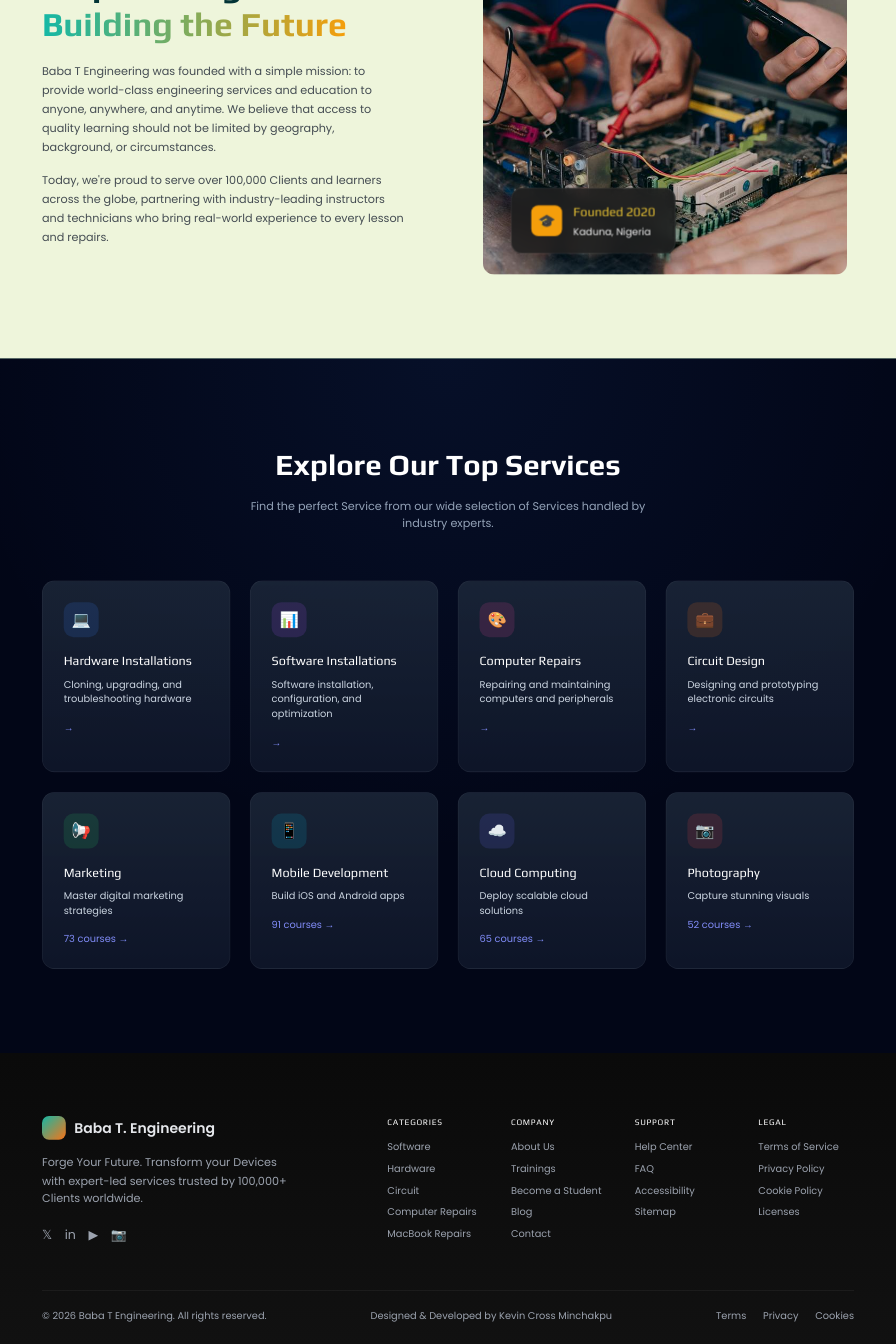
Repository: KC-Minchakpu/babatunde
Page: /
An editor plug-in stored every save of this project. The page is shown before and after the next save, followed by the edit.
The browser window is 1280 px wide. The pictures show the part of the page from y = 1816 to 3736 px (the page is 3736 px tall), at 70% of full size.
The project was rebuilt for these pictures with package versions that can differ from the ones it lists, and the page was loaded fresh each time. The framework's server and built-in components were replaced by stand-ins that run in the browser. Also part of the build but not shown: next.config.ts.

Above is the page before, as saved 2026-02-16 13:03:43.

### src/app/layout.tsx
import type { Metadata } from "next";
import { Play, Poppins } from "next/font/google";
import "./globals.css";
import Header from "@/components/Header/Header";
import Footer from "@/components/Footer/Footer";

const play = Play({
  variable: "--font-play",
  subsets: ["latin"],
  weight: ["400", "700"],
});

const poppins = Poppins({
  variable: "--font-poppins",
  subsets: ["latin"],
  weight: ["400", "500", "600", "700"],
});

export const metadata: Metadata = {
  title: "Baba T Engineering",
  description: "Official web app of Baba T Engineering, a leading engineering company specializing in innovative solutions and cutting-edge technology.",
};

export default function RootLayout({
  children,
}: Readonly<{
  children: React.ReactNode;
}>) {
  return (
    <html lang="en">
      <body
        className={`${play.variable} ${poppins.variable} antialiased`}
      >
        <Header />
        {children}
        <Footer />
      </body>
    </html>
  );
}

### src/app/page.tsx
import Hero from "@/components/Hero/Hero";
import Values from "@/components/Values/Values";
import Story from "@/components/Story/Story";
import Categories from "@/components/Categories/Categories";


export default function Home() {
  return (
    <>
     <main>
      <Hero />
      <Values />
      <Story />
      <Categories />
     </main>
    </>
  );
}

### src/app/globals.css
@import "tailwindcss";

:root {
  --background: #023436;
  --foreground: #f0f0f0;
}

body {
  background: var(--background);
  color: var(--foreground);
  font-family: var(--font-poppins);
}

h1, h2, h3, h4, h5, h6 {
  font-family: var(--font-play);
}

h1 {
  color: red;
  font-size: 35px;
}

### src/components/Header/Header.tsx
"use client";

import Link from "next/link";
import styles from "./Header.module.css";
import { useState } from "react";

const Header = () => {
  const [isOpen, setIsOpen] = useState(false);

  return (
    <header className={styles.header}>
      <div className={styles.container}>
        {/* Logo */}
        <div className={styles.logo}>
          <span className={styles.logoCircle}>Ed</span>
          <span className={styles.logoText}>Baba T </span>
        </div>

        {/* Navigation */}
        <nav className={styles.nav}>
          <Link href="/">Home</Link>

          <div
            className={styles.dropdown}
            onMouseEnter={() => setIsOpen(true)}
            onMouseLeave={() => setIsOpen(false)}
          >
            <span className={styles.dropdownToggle}>About</span>

            {isOpen && (
              <div className={styles.dropdownMenu}>
                <Link href="/about/history">Our History</Link>
                <Link href="/about/team">Our Team</Link>
                <Link href="/about/mission">Mission & Vision</Link>
                <Link href="/about/values">Core Values</Link>
                <Link href="/about/careers">Careers</Link>
              </div>
            )}
          </div>

          <Link href="/students-life">Students Life</Link>
          <Link href="/services">Services</Link>
          <Link href="/training-programs">Training Programs</Link>
          <Link href="/blog">Blog</Link>
          <Link href="/contact">Contact Us</Link>
        </nav>

        {/* Auth Buttons */}
        <div className={styles.actions}>
          <button className={styles.signIn}>Sign In</button>
          <button className={styles.signUp}>Sign Up</button>
        </div>
      </div>
    </header>
  );
};

export default Header;

### src/components/Hero/Hero.tsx
import Image from "next/image";
import styles from "./Hero.module.css";

export default function Hero() {
  return (
    <section className={styles.hero}>
      <div className={styles.container}>
        {/* LEFT CONTENT */}
        <div className={styles.left}>
          <span className={styles.badge}>
            — EXCELLENCE IN CIRCUIT REPAIR AND MAINTENANCE
          </span>

          <h1 className={styles.title}>
            Restoring Power, <br /> Precision, and Performance
          </h1>

          <p className={styles.description}>
            At Baba T Engineering, we specialize in professional electronic hardware
            repairs, with a focus on computer motherboards, laptops, and other
            critical devices. We combine expert craftsmanship with cutting-edge
            diagnostic tools to bring your electronics back to life — fast,
            affordable, and reliable.
          </p>

          <div className={styles.buttonGroup}>
            <button className={styles.primaryBtn}>Book a Repair</button>
            <button className={styles.secondaryBtn}>Apply Today!</button>
          </div>

          {/* STATS */}
          <div className={styles.stats}>
            <div className={styles.stat}>
              <h3>25+</h3>
              <p>Years Experience</p>
            </div>

            <div className={styles.stat}>
              <h3>5000+</h3>
              <p>Devices Repaired</p>
            </div>

            <div className={styles.stat}>
              <h3>3000+</h3>
              <p>Satisfied Clients</p>
            </div>
          </div>
        </div>

        {/* RIGHT IMAGE */}
        <div className={styles.right}>
          <div className={styles.imageWrapper}>
            <Image
              src="/images/misc-16.jpeg"
              alt="Construction worker"
              fill
              className={styles.image}
              priority
            />

            <div className={styles.overlayCard}>
              <h4>ISO 9001:2015</h4>
              <p>Certified Construction</p>
            </div>
          </div>
        </div>
      </div>
    </section>
  );
}

### src/components/Values/Values.tsx
import styles from "./Values.module.css";

export default function Values() {
  return (
    <section className={styles.values}>
      <div className={styles.container}>
        {/* Header */}
        <div className={styles.header}>
          <h2>Our Values</h2>
          <p>These core principles guide everything we do at Baba T Engineering.</p>
        </div>

        {/* Cards */}
        <div className={styles.grid}>
          <div className={styles.card}>
            <div className={`${styles.icon} ${styles.iconGreen}`}>
              👤
            </div>
            <h3>Learner First</h3>
            <p>
              Every decision we make starts with a simple question: “How does
              this benefit our Clients?” We’re obsessed with client success.
            </p>
          </div>

          <div className={styles.card}>
            <div className={`${styles.icon} ${styles.iconOrange}`}>
              ✨
            </div>
            <h3>Excellence Always</h3>
            <p>
              We maintain the highest standards for our services, instructors,
              and platform. Good enough is never good enough for us.
            </p>
          </div>

          <div className={styles.card}>
            <div className={`${styles.icon} ${styles.iconTeal}`}>
              🌍
            </div>
            <h3>Accessible to All</h3>
            <p>
              We believe quality services should be available to everyone. We
              work hard to keep services affordable and accessible globally.
            </p>
          </div>
        </div>
      </div>
    </section>
  );
}

### src/components/Story/Story.tsx
import Image from "next/image";
import styles from "./Story.module.css";

export default function Story() {
  return (
    <section className={styles.story}>
      <div className={styles.container}>
        {/* LEFT CONTENT */}
        <div className={styles.left}>
          <span className={styles.badge}>Our Story</span>

          <h2 className={styles.title}>
            Empowering Learners<br />
            <span>Building the Future</span>
          </h2>

          <p className={styles.description}>
            Baba T Engineering was founded with a simple mission: to provide world-class
            engineering services and education to anyone, anywhere, and anytime. We believe that access to quality
            learning should not be limited by geography, background, or
            circumstances.
          </p>

          <p className={styles.description}>
            Today, we&apos;re proud to serve over 100,000 Clients and learners across the globe,
            partnering with industry-leading instructors and technicians who bring real-world
            experience to every lesson and repairs.
          </p>
        </div>

        {/* RIGHT IMAGE */}
        <div className={styles.right}>
          <div className={styles.imageWrapper}>
            <Image
              src="/images/power-systems.jpg"
              alt="Technician working on power systems"
              fill
              className={styles.image}
              priority
            />

            <div className={styles.floatingCard}>
              <div className={styles.icon}>🎓</div>
              <div>
                <h4>Founded 2020</h4>
                <p>Kaduna, Nigeria</p>
              </div>
            </div>
          </div>
        </div>
      </div>
    </section>
  );
}

### src/components/Categories/Categories.tsx
import styles from "./Categories.module.css";

const categories = [
  {
    title: "Hardware Installations",
    description: "Cloning, upgrading, and troubleshooting hardware",
    icon: "💻",
    color: "blue",
  },
  {
    title: "Software Installations",
    description: "Software installation, configuration, and optimization",
   icon: "📊",
    color: "purple",
  },
  {
    title: "Computer Repairs",
    description: "Repairing and maintaining computers and peripherals",
    icon: "🎨",
    color: "pink",
  },
  {
    title: "Circuit Design",
    description: "Designing and prototyping electronic circuits",
    icon: "💼",
    color: "orange",
  },
  {
    title: "Marketing",
    description: "Master digital marketing strategies",
    courses: "73 courses",
    icon: "📢",
    color: "green",
  },
  {
    title: "Mobile Development",
    description: "Build iOS and Android apps",
    courses: "91 courses",
    icon: "📱",
    color: "cyan",
  },
  {
    title: "Cloud Computing",
    description: "Deploy scalable cloud solutions",
    courses: "65 courses",
    icon: "☁️",
    color: "indigo",
  },
  {
    title: "Photography",
    description: "Capture stunning visuals",
    courses: "52 courses",
    icon: "📷",
    color: "red",
  },
];

export default function Categories() {
  return (
    <section className={styles.categories}>
      <div className={styles.container}>
        <div className={styles.header}>
          <h2>Explore Our Top Services</h2>
          <p>
            Find the perfect Service from our wide selection of Services
            handled by industry experts.
          </p>
        </div>

        <div className={styles.grid}>
          {categories.map((cat, index) => (
            <div key={index} className={styles.card}>
              <div className={`${styles.icon} ${styles[cat.color]}`}>
                {cat.icon}
              </div>

              <h3>{cat.title}</h3>
              <p>{cat.description}</p>

              <span className={styles.courses}>
                {cat.courses} →
              </span>
            </div>
          ))}
        </div>
      </div>
    </section>
  );
}

### src/components/Header/Header.module.css
.header {
  width: 100%;
  height: 100px;
  background: #0F1A20;
  padding: 20px;
  position: sticky;
  top: 0;
  z-index: 1000;
}

.container {
  width: 90%;
  margin: 0 auto;
  display: flex;
  align-items: center;
  justify-content: space-between;
}

/* Logo */
.logo {
  display: flex;
  align-items: center;
  gap: 8px;
  cursor: pointer;
}

.logoCircle {
  width: 40px;
  height: 40px;
  border-radius: 50%;
  background: linear-gradient(135deg, #8e2de2, #4a00e0);
  display: flex;
  align-items: center;
  justify-content: center;
  color: white;
  font-weight: bold;
}

.logoText {
  font-size: 22px;
  font-weight: 600;
  color: #ffffff;
}

/* Nav */
.nav {
  display: flex;
  align-items: center;
  gap: 24px;
  font-family: 'Play', sans-serif;

}

.nav a,
.dropdownToggle {
  color: #ffffff;
  text-decoration: none;
  font-size: 19px;
  cursor: pointer;
  position: relative;
  transition: color 0.3s ease;
}

.nav a:hover,
.dropdownToggle:hover {
  color: #FFD23F;
}

/* Dropdown */
.dropdown {
  position: relative;
}

.dropdownMenu {
  position: absolute;
  width: 250px;
  top: 35px;
  left: 0;
  background: #0F1A20;
  border-radius: 8px;
  padding: 10px 0;
  min-width: 180px;
  box-shadow: 0 10px 25px rgba(0, 0, 0, 0.15);
  display: flex;
  flex-direction: column;
}

.dropdownMenu a {
  padding: 10px 16px;
  color: #ffffff;
  font-size: 19px;
  text-decoration: none;
  transition: background 0.2s ease;
}

.dropdownMenu a:hover {
  color: #FFD23F;
}

/* Buttons */
.actions {
  display: flex;
  gap: 12px;
}

.signIn {
  padding: 8px 18px;
  border-radius: 8px;
  border: none;
  cursor: pointer;
  color: white;
  background: #143458;
  font-size: 14px;
}

.signUp {
  padding: 8px 18px;
  border-radius: 8px;
  border: none;
  cursor: pointer;
  color: white;
  background: #63054b;
  font-size: 14px;
}

/* Responsive */
@media (max-width: 1024px) {
  .nav {
    display: none;
  }
}

### src/components/Footer/Footer.module.css
.footer {
  background: linear-gradient(
    180deg,
    #0a0a0a,
    #111111
  );
  color: #e5e7eb;
  padding: 90px 0 30px;
}

.container {
  max-width: 1200px;
  margin: 0 auto;
  padding: 0 20px;
}

/* TOP SECTION */
.topSection {
  display: flex;
  justify-content: space-between;
  gap: 60px;
}

/* BRAND */
.brand {
  flex: 1.3;
}

.logo {
  display: flex;
  align-items: center;
  gap: 12px;
  font-weight: 600;
  font-size: 20px;
  margin-bottom: 20px;
}

.logoBox {
  width: 34px;
  height: 34px;
  border-radius: 10px;
  background: linear-gradient(135deg, #14b8a6, #f97316);
}

.brand p {
  color: #9ca3af;
  line-height: 1.6;
  margin-bottom: 24px;
  max-width: 350px;
}

.socials {
  display: flex;
  gap: 18px;
  font-size: 18px;
  color: #9ca3af;
}

.socials span {
  cursor: pointer;
  transition: color 0.3s ease;
}

.socials span:hover {
  color: white;
}

/* LINKS GRID */
.linksGrid {
  flex: 2;
  display: grid;
  grid-template-columns: repeat(4, 1fr);
  gap: 40px;
}

.linksGrid h4 {
  font-size: 12px;
  letter-spacing: 1px;
  margin-bottom: 16px;
  color: #ffffff;
}

.linksGrid a {
  display: block;
  font-size: 14px;
  color: #9ca3af;
  margin-bottom: 10px;
  cursor: pointer;
  transition: color 0.3s ease;
}

.linksGrid a:hover {
  color: #ffffff;
}

/* DIVIDER */
.divider {
  height: 1px;
  background: rgba(255, 255, 255, 0.08);
  margin: 60px 0 25px;
}

/* BOTTOM BAR */
.bottomBar {
  display: flex;
  justify-content: space-between;
  align-items: center;
  font-size: 14px;
  color: #9ca3af;
}

.bottomLinks {
  display: flex;
  gap: 24px;
}

.bottomLinks a {
  cursor: pointer;
  transition: color 0.3s ease;
}

.bottomLinks a:hover {
  color: white;
}

/* RESPONSIVE */
@media (max-width: 1024px) {
  .topSection {
    flex-direction: column;
    gap: 50px;
  }

  .linksGrid {
    grid-template-columns: repeat(2, 1fr);
  }

  .bottomBar {
    flex-direction: column;
    gap: 15px;
    text-align: center;
  }
}

@media (max-width: 600px) {
  .linksGrid {
    grid-template-columns: 1fr;
  }
}

### src/components/Values/Values.module.css
.values {
  background: radial-gradient(
      circle at top,
      rgba(255, 255, 255, 0.04),
      transparent 60%
    ),
    #000;
  padding: 100px 0;
  color: #fff;
}

.container {
  max-width: 1200px;
  margin: 0 auto;
  padding: 0 20px;
}

.header {
  text-align: center;
  margin-bottom: 70px;
}

.header h2 {
  font-size: 40px;
  font-weight: 700;
  margin-bottom: 12px;
}

.header p {
  font-size: 16px;
  color: #a1a1aa;
}

/* GRID */
.grid {
  display: grid;
  grid-template-columns: repeat(3, 1fr);
  gap: 30px;
}

/* CARD */
.card {
  background: linear-gradient(
    180deg,
    rgba(255, 255, 255, 0.06),
    rgba(255, 255, 255, 0.02)
  );
  border: 1px solid rgba(255, 255, 255, 0.08);
  border-radius: 16px;
  padding: 32px;
  transition: transform 0.3s ease, box-shadow 0.3s ease;
}

.card:hover {
  transform: translateY(-6px);
  box-shadow: 0 20px 40px rgba(0, 0, 0, 0.6);
}

.card h3 {
  font-size: 20px;
  font-weight: 600;
  margin-bottom: 12px;
}

.card p {
  font-size: 15px;
  line-height: 1.6;
  color: #d4d4d8;
}

/* ICON */
.icon {
  width: 44px;
  height: 44px;
  border-radius: 10px;
  display: flex;
  align-items: center;
  justify-content: center;
  font-size: 20px;
  margin-bottom: 20px;
}

.iconGreen {
  background: rgba(16, 185, 129, 0.15);
  color: #10b981;
}

.iconOrange {
  background: rgba(249, 115, 22, 0.15);
  color: #f97316;
}

.iconTeal {
  background: rgba(20, 184, 166, 0.15);
  color: #14b8a6;
}

/* RESPONSIVE */
@media (max-width: 1024px) {
  .grid {
    grid-template-columns: 1fr;
  }

  .card {
    text-align: left;
  }
}

@media (max-width: 600px) {
  .header h2 {
    font-size: 32px;
  }
}

### src/components/Story/Story.module.css
.story {
  background: #EEF5DB;
  padding: 120px 0;
  color: #023436;
}

.container {
  max-width: 1200px;
  margin: 0 auto;
  padding: 0 20px;
  display: flex;
  align-items: center;
  gap: 80px;
}

/* LEFT */
.left {
  flex: 1;
}

.badge {
  display: inline-block;
  padding: 6px 20px;
  background: #333232;
  color: #f1f1f1;
  font-size: 14px;
  border-radius: 999px;
  margin-bottom: 24px;
}

.title {
  font-size: 48px;
  font-weight: 700;
  line-height: 1.2;
  margin-bottom: 24px;
}

.title span {
  background: linear-gradient(90deg, #14b8a6, #f59e0b);
  -webkit-background-clip: text;
  background-clip: text;
  -webkit-text-fill-color: transparent;
}

.description {
  color: #444c52;
  line-height: 1.7;
  font-size: 16px;
  margin-bottom: 20px;
  max-width: 520px;
}

/* RIGHT */
.right {
  flex: 1;
  display: flex;
  justify-content: center;
}

.imageWrapper {
  position: relative;
  width: 100%;
  max-width: 520px;
  height: 520px;
  border-radius: 16px;
  overflow: hidden;
}

.image {
  object-fit: cover;
}

/* FLOATING CARD */
.floatingCard {
  position: absolute;
  bottom: 30px;
  left: 40px;
  display: flex;
  align-items: center;
  gap: 16px;

  background: rgba(30, 30, 30, 0.9);
  -webkit-backdrop-filter: blur(10px);
  backdrop-filter: blur(10px);
  padding: 20px 28px;
  border-radius: 16px;
  border: 1px solid rgba(255, 255, 255, 0.08);

  box-shadow: 0 25px 50px rgba(0, 0, 0, 0.5);
}

.icon {
  width: 44px;
  height: 44px;
  background: #f59e0b;
  color: #14b8a6;
  display: flex;
  align-items: center;
  justify-content: center;
  border-radius: 10px;
  font-size: 20px;
}

.floatingCard h4 {
  font-size: 18px;
  margin: 0;
  color: #EAC435;
}

.floatingCard p {
  font-size: 14px;
  margin: 4px 0 0;
  color: #f1f1f1;
}

/* RESPONSIVE */
@media (max-width: 1024px) {
  .container {
    flex-direction: column;
    text-align: center;
  }

  .description {
    margin: 0 auto 20px;
  }

  .floatingCard {
    left: 50%;
    transform: translateX(-50%);
    bottom: -40px;
  }
}

@media (max-width: 768px) {
  .title {
    font-size: 36px;
  }

  .imageWrapper {
    height: 380px;
  }
}

### src/components/Categories/Categories.module.css
.categories {
  background: radial-gradient(
      circle at top,
      rgba(59, 130, 246, 0.08),
      transparent 60%
    ),
    #020617;
  padding: 120px 0;
  color: white;
}

.container {
  max-width: 1200px;
  margin: 0 auto;
  padding: 0 20px;
}

/* HEADER */
.header {
  text-align: center;
  margin-bottom: 70px;
}

.header h2 {
  font-size: 42px;
  font-weight: 700;
  margin-bottom: 16px;
}

.header p {
  color: #94a3b8;
  max-width: 600px;
  margin: 0 auto;
}

/* GRID 4x2 */
.grid {
  display: grid;
  grid-template-columns: repeat(4, 1fr);
  gap: 28px;
}

/* CARD */
.card {
  background: linear-gradient(
    180deg,
    rgba(30, 41, 59, 0.8),
    rgba(15, 23, 42, 0.9)
  );
  border: 1px solid rgba(255, 255, 255, 0.06);
  border-radius: 18px;
  padding: 30px;
  transition: all 0.3s ease;
}

.card:hover {
  transform: translateY(-8px);
  border-color: rgba(255, 255, 255, 0.15);
  box-shadow: 0 25px 50px rgba(0, 0, 0, 0.6);
}

.card h3 {
  font-size: 18px;
  margin-bottom: 10px;
}

.card p {
  font-size: 14px;
  color: #cbd5e1;
  margin-bottom: 18px;
  line-height: 1.5;
}

.courses {
  font-size: 14px;
  color: #818cf8;
  cursor: pointer;
}

/* ICON */
.icon {
  width: 50px;
  height: 50px;
  border-radius: 14px;
  display: flex;
  align-items: center;
  justify-content: center;
  font-size: 22px;
  margin-bottom: 20px;
}

/* Color Variants */
.blue {
  background: rgba(59, 130, 246, 0.15);
  color: #3b82f6;
}

.purple {
  background: rgba(168, 85, 247, 0.15);
  color: #a855f7;
}

.pink {
  background: rgba(236, 72, 153, 0.15);
  color: #ec4899;
}

.orange {
  background: rgba(249, 115, 22, 0.15);
  color: #f97316;
}

.green {
  background: rgba(34, 197, 94, 0.15);
  color: #22c55e;
}

.cyan {
  background: rgba(6, 182, 212, 0.15);
  color: #06b6d4;
}

.indigo {
  background: rgba(99, 102, 241, 0.15);
  color: #6366f1;
}

.red {
  background: rgba(239, 68, 68, 0.15);
  color: #ef4444;
}

/* RESPONSIVE */
@media (max-width: 1200px) {
  .grid {
    grid-template-columns: repeat(3, 1fr);
  }
}

@media (max-width: 900px) {
  .grid {
    grid-template-columns: repeat(2, 1fr);
  }
}

@media (max-width: 600px) {
  .grid {
    grid-template-columns: 1fr;
  }

  .header h2 {
    font-size: 32px;
  }
}

Loaded but not shown: src/components/Hero/Hero.module.css (188 lines, source omitted); src/components/Footer/Footer.tsx (83 lines, source omitted)

After the next save:
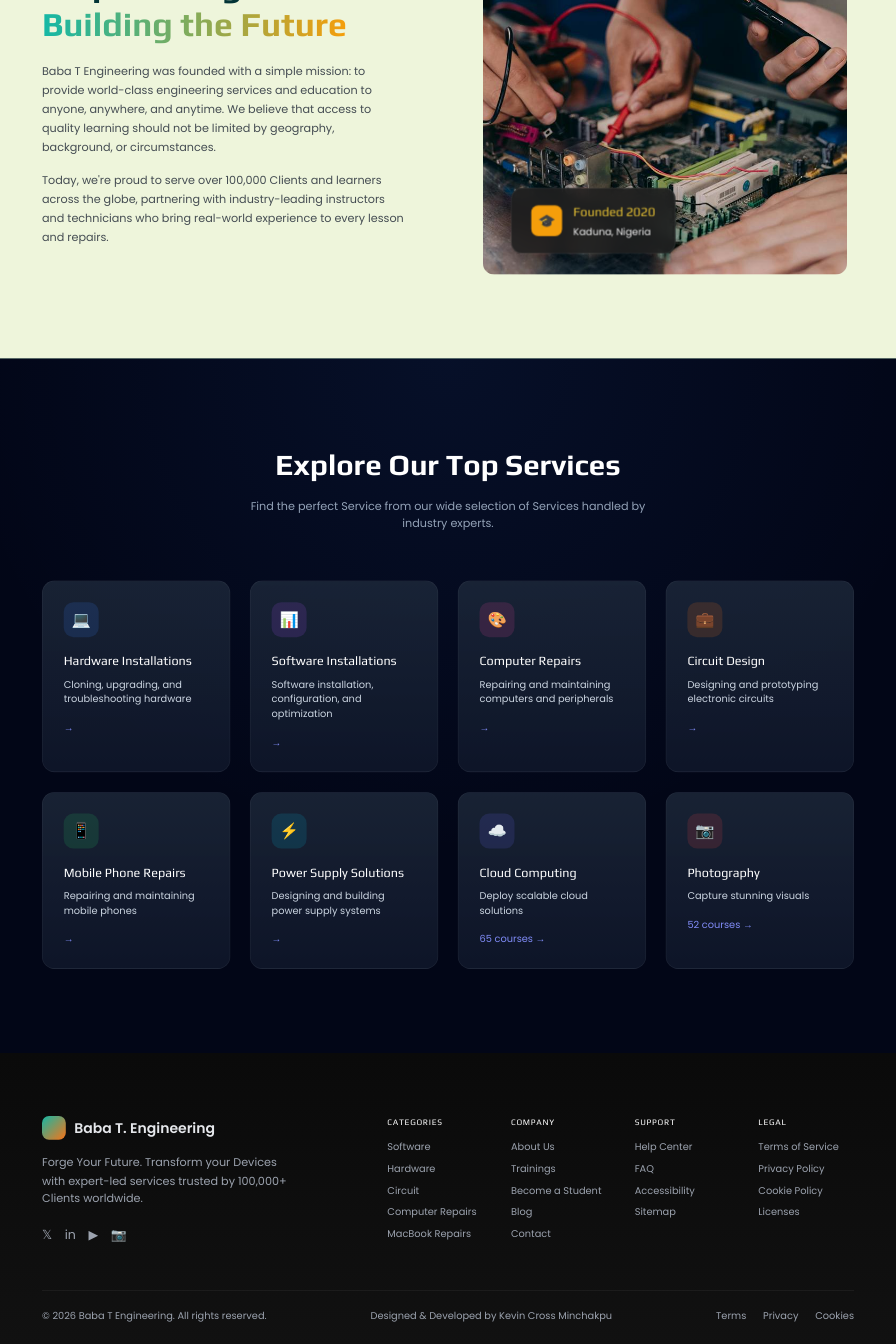
Saved 46 s later.
--- a/src/components/Categories/Categories.tsx
+++ b/src/components/Categories/Categories.tsx
@@ -26,17 +26,15 @@ const categories = [
     color: "orange",
   },
   {
-    title: "Marketing",
-    description: "Master digital marketing strategies",
-    courses: "73 courses",
-    icon: "📢",
+    title: "Mobile Phone Repairs",
+    description: "Repairing and maintaining mobile phones",
+    icon: "📱",
     color: "green",
   },
   {
-    title: "Mobile Development",
-    description: "Build iOS and Android apps",
-    courses: "91 courses",
-    icon: "📱",
+    title: "Power Supply Solutions",
+    description: "Designing and building power supply systems",
+    icon: "⚡",
     color: "cyan",
   },
   {
